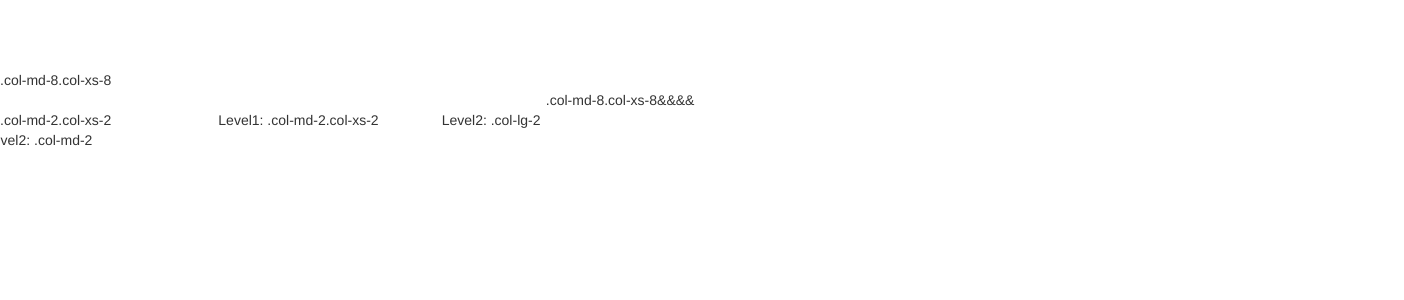
Repository: Echo-Jiang/Echo-Jiang.github.io
Page: test.3.html
The author's editor kept a record of every edit. The page is drawn from the files as they stood at one moment, then again after the next edit.
The browser window is 1280 px wide. The page is 1404 px wide, then 1310 px, so the pictures cover 1404 px, including what lies to the right of the window. The pictures show the whole page.

Above is the page before.

After the next edit:
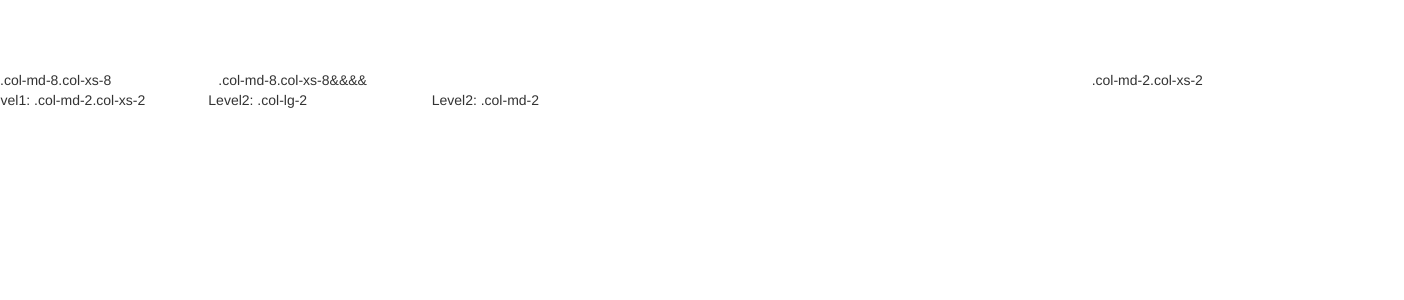
The edit:
--- a/test.3.html
+++ b/test.3.html
@@ -29,7 +29,7 @@
   <body>
     <div class="row">
       <div class="col-md-2 col-xs-8">.col-md-8.col-xs-8</div>
-      <div class="col-md-8 col-xs-2 col-xs-offset-5">.col-md-8.col-xs-8&&&&</div>
+      <div class="col-md-8 col-xs-2">.col-md-8.col-xs-8&&&&</div>
       <div class="clearfix visible-xs-block"></div>
       <div class="col-md-2 col-xs-2">.col-md-2.col-xs-2</div>
         <div class="row">
